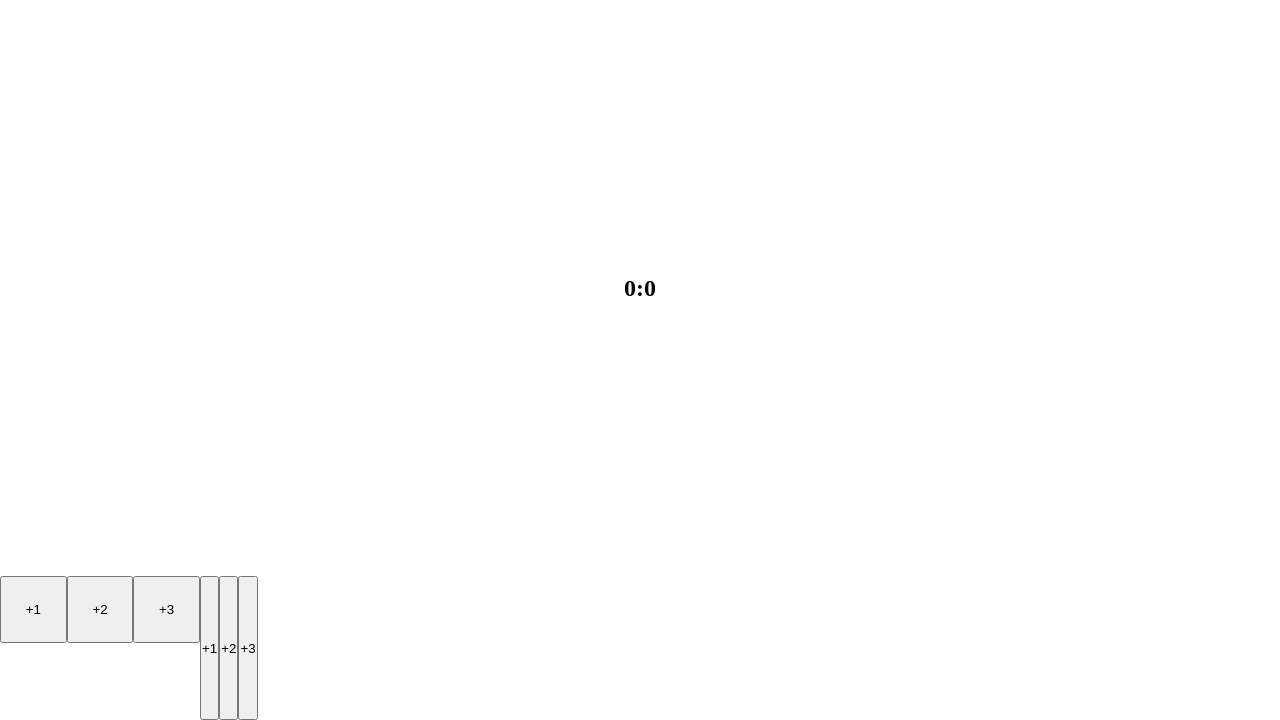
Repository: bollo89/scoreBoard
Page: index.html
These files come from the project's save history. The page is drawn as it stood at one moment and after the next save; the edit follows.
The browser window is 1280 px wide. The pictures show the whole page.

Above is the page before, as saved 2022-01-21 11:51:58.

### index.html
<!DOCTYPE html>
<html lang="en">
<head>
    <meta charset="UTF-8">
    <meta http-equiv="X-UA-Compatible" content="IE=edge">
    <meta name="viewport" content="width=device-width, initial-scale=1.0">
    <link rel="stylesheet" href="./style.css">
    <title>Document</title>
</head>
<body>
    <section class="score">
        <h1 class="home"></h1>
        <h1 class="colon">:</h1>
        <h1 class="away"></h1>
    </section>
    <section class="btns">
        <button class="btn1h">+1</button>
        <button class="btn2h">+2</button>
        <button class="btn3h">+3</button>

        <button class="btn1a">+1</button>
        <button class="btn2a">+2</button>
        <button class="btn3a">+3</button>
    </section>
<script src="./script.js"></script>
</body>
</html>

### style.css
* {
    margin: 0;
    padding: 0;
}
body {
     height: 100vh;
     width: 100vw;
}
.score {
    height: 80vh;
    display: flex;
    align-items: center;
    justify-content: center;
}
.btns {
    height: 20vh;
    width: 100vw;
    display: flex;
}
.btn1h , .btn2h , .btn3h {
    height: 5em;
    width: 5em;

    align-items: flex-start;
    justify-content: flex-start;
}
.btn1a , .btn2a , .btn3a {

    align-items: flex-end;
    justify-content: flex-end;
}

### script.js
let home = document.querySelector('.home');
let n = 0;
home.innerHTML = n;

let away = document.querySelector('.away');
let m = 0;
away.innerHTML = m;

let btn1h = document.querySelector('.btn1h');
let btn2h = document.querySelector('.btn2h');
let btn3h = document.querySelector('.btn3h');
let btn1a = document.querySelector('.btn1a');
let btn2a = document.querySelector('.btn2a');
let btn3a = document.querySelector('.btn3a');
//punkty po lewej
function score1home() {
    n+=1;
    home.innerHTML = n;
    console.log(n);
}
function score2home() {
    n+=2;
    home.innerHTML = n;
    console.log(n);
}
function score3home() {
    n+=3;
    home.innerHTML = n;
    console.log(n);
}
//punkty po prawej
function score1away() {
    m+=1;
    away.innerHTML = m;
    console.log(m);
}
function score2away() {
    m+=2;
    away.innerHTML = m;
    console.log(m);
}
function score3away() {
    m+=3;
    away.innerHTML = m;
    console.log(m);
}

//przyciskibtn1.addEventListener('click',score1home,false);
btn1h.addEventListener('click',score1home,false);
btn2h.addEventListener('click',score2home,false);
btn3h.addEventListener('click',score3home,false);
btn1a.addEventListener('click',score1away,false);
btn2a.addEventListener('click',score2away,false);
btn3a.addEventListener('click',score3away,false);

After the next save:
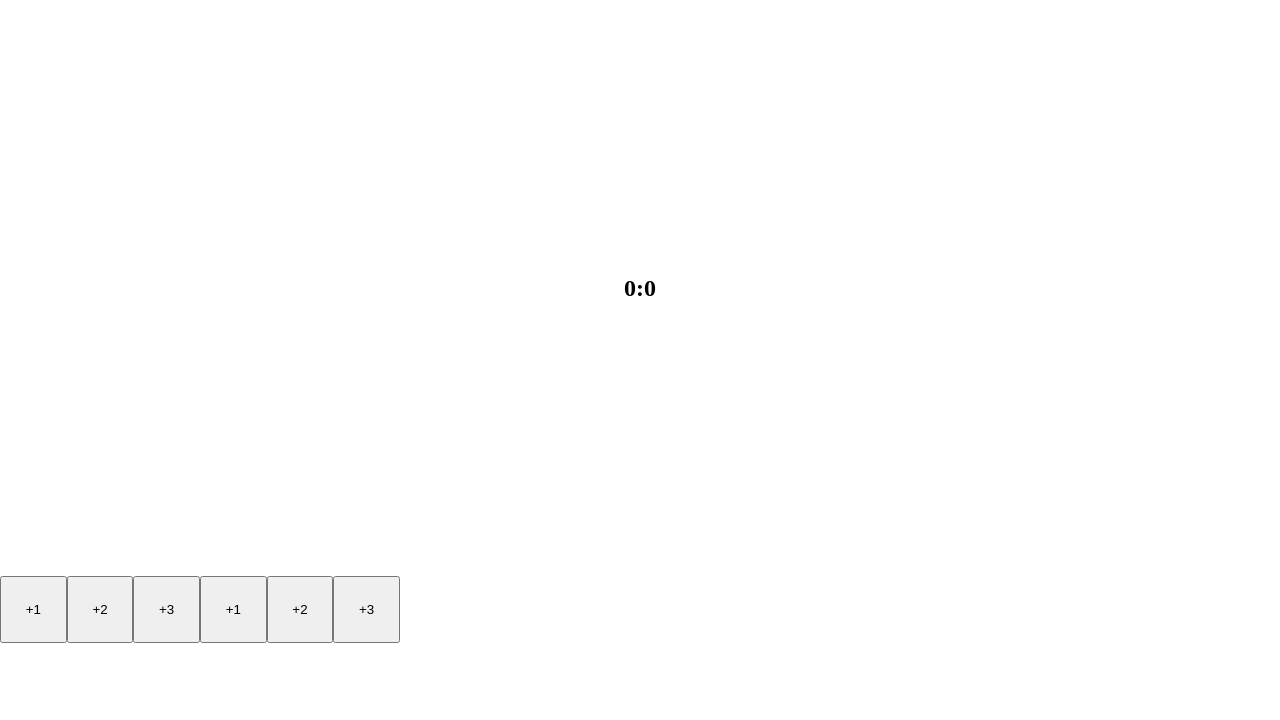
Saved 12 s later.
--- a/style.css
+++ b/style.css
@@ -25,6 +25,8 @@ body {
     justify-content: flex-start;
 }
 .btn1a , .btn2a , .btn3a {
+    height: 5em;
+    width: 5em;
 
     align-items: flex-end;
     justify-content: flex-end;
